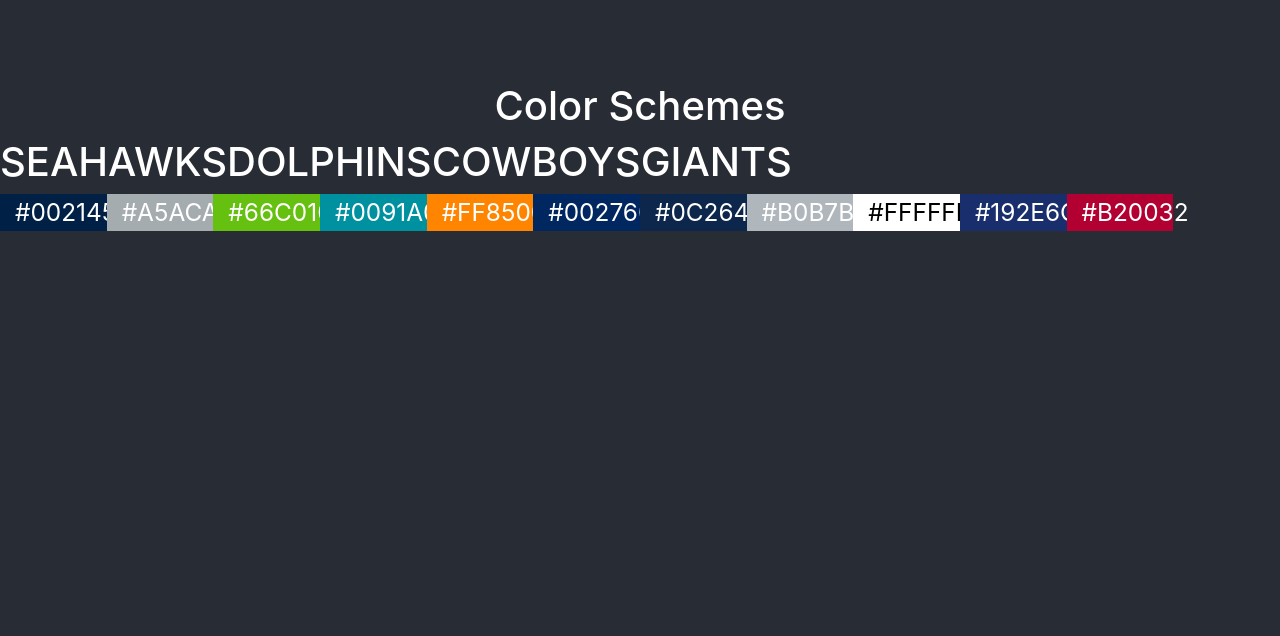
Repository: MikeTroianello/troianello.co
Page: /projects
These files come from the project's save history. The page is drawn as it stood at one moment and after the next save; the edit follows.
The browser window is 1280 px wide. The pictures show the whole page.
The project was rebuilt for these pictures with package versions that can differ from the ones it lists, and the page was loaded fresh each time.

Above is the page before, as saved 2019-06-24 18:04:54.

### src/App.js
import React from 'react';

import './App.css';

function App() {
  return (
    <div className='App'>
      <header className='App-header'>
        <h1>Color Schemes</h1>
        <div className='container-fluid'>
          <div className='row'>
            <h1>SEAHAWKS</h1>
            <h1>DOLPHINS</h1>
            <h1>COWBOYS</h1>
            <h1>GIANTS</h1>
          </div>
          <div className='row'>
            {/* <div className='teams seahawks'> */}

            <div className='col-1 s-blue'>#002145</div>
            <div className='col-1 s-gray'>#A5ACAF</div>
            <div className='col-1 s-green'>#66C010</div>
            {/* </div> */}
            {/* <div className='col-1 teams dolphins'> */}

            <div className='col-1 d-aqua'>#0091A0</div>
            <div className='col-1 d-orange'>#FF8500</div>
            <div className='col-1 d-dark-blue'>#002760</div>
            {/* </div> */}
            {/* <div className='col-1 teams cowboys'> */}

            <div className='col-1 c-blue'>#0C264C</div>
            <div className='col-1 c-gray'>#B0B7BC</div>
            <div className='col-1 c-white'>#FFFFFF</div>
            {/* </div> */}
            {/* <div className='teams giants'> */}

            <div className='col-1 g-blue'>#192E6C</div>
            <div className='col-1 g-red'>#B20032</div>
            {/* </div> */}
          </div>
        </div>
      </header>
    </div>
  );
}

export default App;

### src/App.css
.App {
  text-align: center;
}

.App-logo {
  animation: App-logo-spin infinite 20s linear;
  height: 40vmin;
  pointer-events: none;
}

.App-header {
  background-color: #282c34;
  min-height: 100vh;
  display: flex;
  flex-direction: column;
  align-items: center;
  justify-content: center;
  font-size: calc(10px + 2vmin);
  color: white;
}

.App-link {
  color: #61dafb;
}

@keyframes App-logo-spin {
  from {
    transform: rotate(0deg);
  }
  to {
    transform: rotate(360deg);
  }
}
/*
.teams {
  height: 100%;
  width: 80%;
  padding: 5% 10%;
} */

/* .teams > div {
  height: 100%;
  width: 80%;
  padding: 5% 10%;
} */

.container-fluid {
  height: 500px;
}
.row1 {
  height: 500px;
}

.s-blue {
  background-color: #002145;
}

.s-gray {
  background-color: #a5acaf;
}

.s-green {
  background-color: #66c010;
}

.d-aqua {
  background-color: #0091a0;
}
.d-orange {
  background-color: #ff8500;
}
.d-dark-blue {
  background-color: #002760;
}

.c-blue {
  background-color: #0c264c;
}

.c-gray {
  background-color: #b0b7bc;
}

.c-white {
  background-color: #ffffff;
  color: #000000;
}

.g-blue {
  background-color: #192e6c;
}

.g-red {
  background-color: #b20032;
}

Loaded but not shown: public/index.html (common file); src/index.js (common file); src/index.css (common file); src/serviceWorker.js (common file)

After the next save:
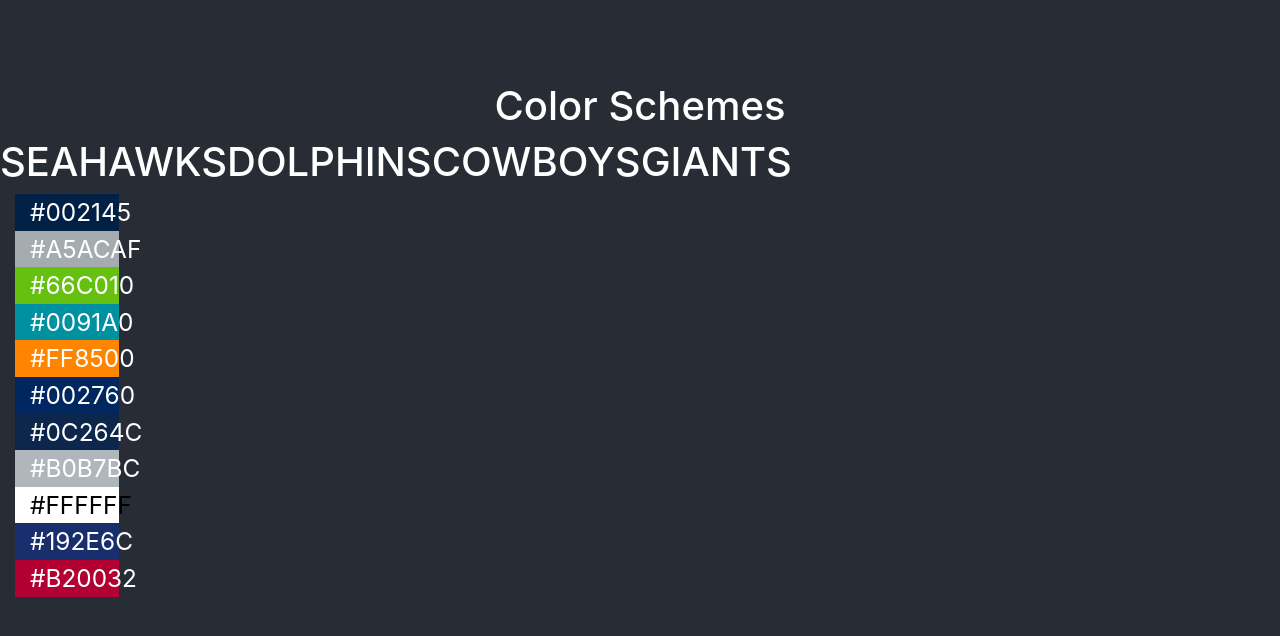
Saved 1 s later.
--- a/src/App.js
+++ b/src/App.js
@@ -14,7 +14,7 @@
             <h1>COWBOYS</h1>
             <h1>GIANTS</h1>
           </div>
-          <div className='row'>
+          <div className='row1'>
             {/* <div className='teams seahawks'> */}
 
             <div className='col-1 s-blue'>#002145</div>
